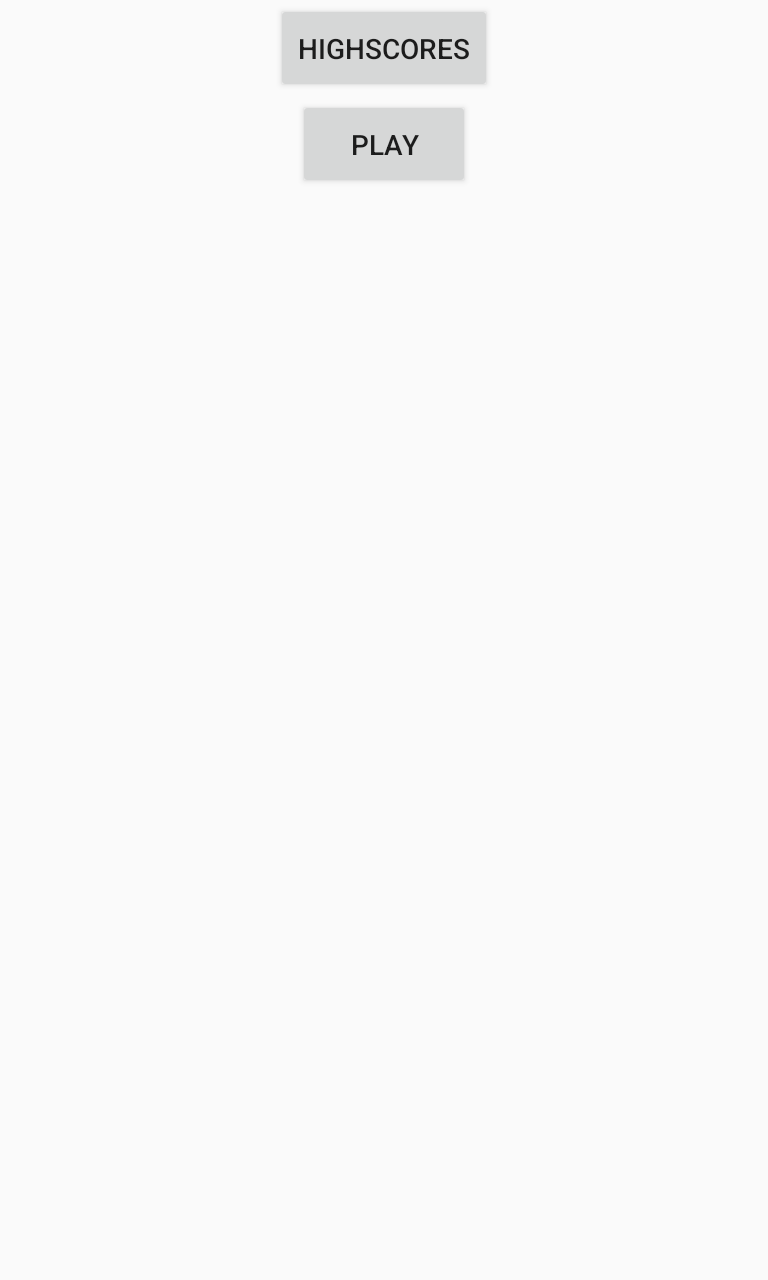
Repository: RedJaVa68/DirectionRunner
Layout: DirectionRunner/res/layout/activity_main.xml
An editor plug-in stored every save of this project. The layout is shown before and after the next save, followed by the edit.
It is drawn on a 768 x 1280 px phone screen (xhdpi) without system bars, with theme AppTheme; the app's code is not run.

Above is the layout before, as saved 2015-05-06 00:41:05.

### DirectionRunner/res/layout/activity_main.xml
<LinearLayout xmlns:android="http://schemas.android.com/apk/res/android"
    xmlns:tools="http://schemas.android.com/tools"
    tools:context="edu.utep.cs.cs4330.DirectionRunner.MainActivity"
    android:orientation="vertical"
    android:gravity="center_horizontal"
    android:layout_width="fill_parent"
    android:layout_height="fill_parent">
    <Button
        android:id="@+id/statsButton"
       	android:layout_width="wrap_content"
       	android:layout_height="wrap_content"
        android:text="Highscores" />
    <Button
        android:id="@+id/playButton"
        android:layout_width="wrap_content"
        android:layout_height="wrap_content"
        android:text="Play"/>

</LinearLayout>

Loaded but not shown: DirectionRunner/res/values/styles.xml (common file); DirectionRunner/res/values-v11/styles.xml (common file); DirectionRunner/res/values-v14/styles.xml (common file)

After the next save:
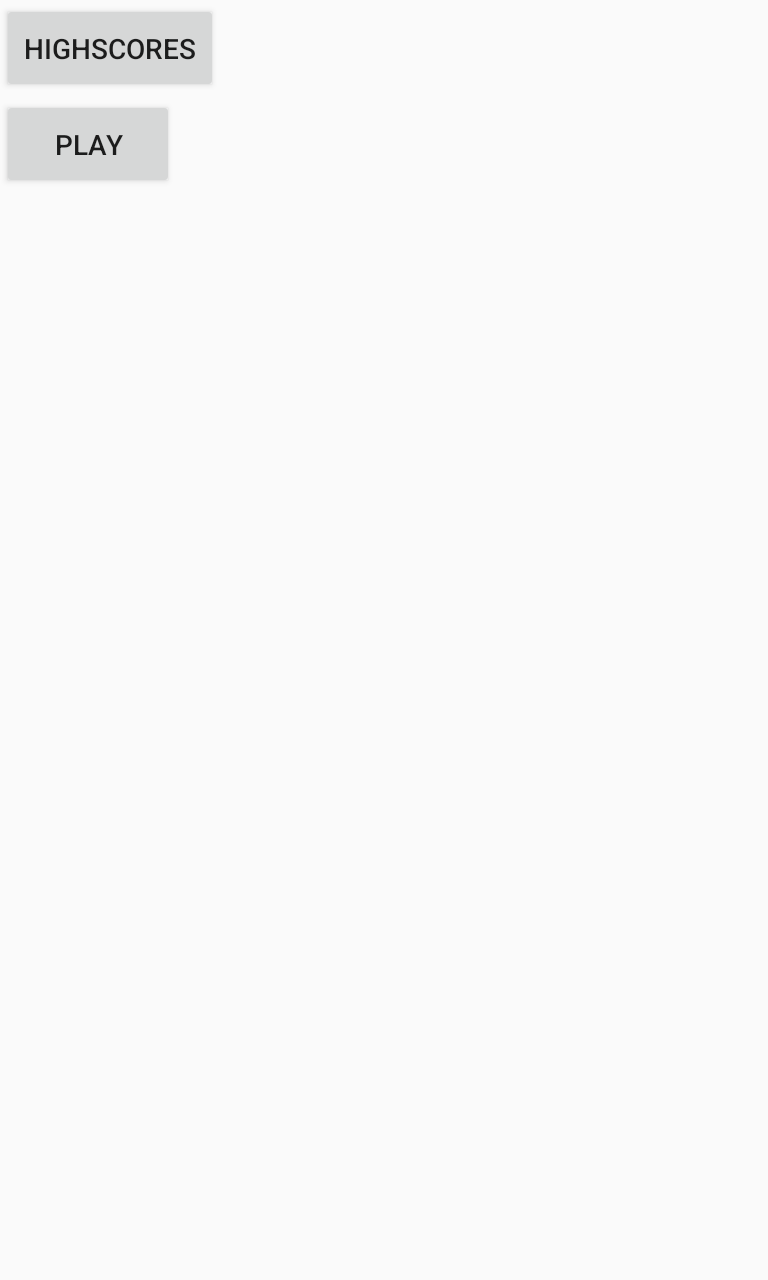
Saved 18 s later.
--- a/DirectionRunner/res/layout/activity_main.xml
+++ b/DirectionRunner/res/layout/activity_main.xml
@@ -3,6 +3,7 @@
     tools:context="edu.utep.cs.cs4330.DirectionRunner.MainActivity"
     android:orientation="vertical"
     android:gravity="center_horizontal"
+    android:gravity="center_verticle"
     android:layout_width="fill_parent"
     android:layout_height="fill_parent">
     <Button

After the save that followed:
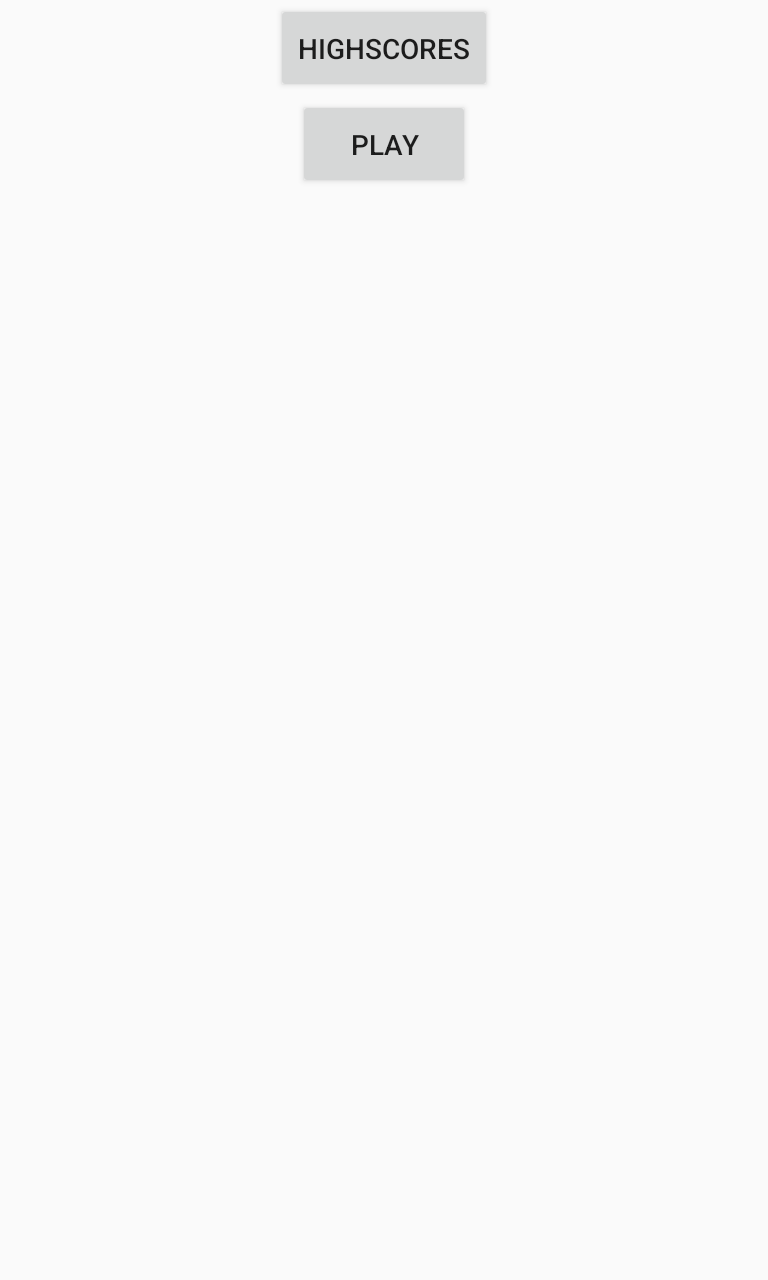
Saved 5 s later.
--- a/DirectionRunner/res/layout/activity_main.xml
+++ b/DirectionRunner/res/layout/activity_main.xml
@@ -3,7 +3,6 @@
     tools:context="edu.utep.cs.cs4330.DirectionRunner.MainActivity"
     android:orientation="vertical"
     android:gravity="center_horizontal"
-    android:gravity="center_verticle"
     android:layout_width="fill_parent"
     android:layout_height="fill_parent">
     <Button
